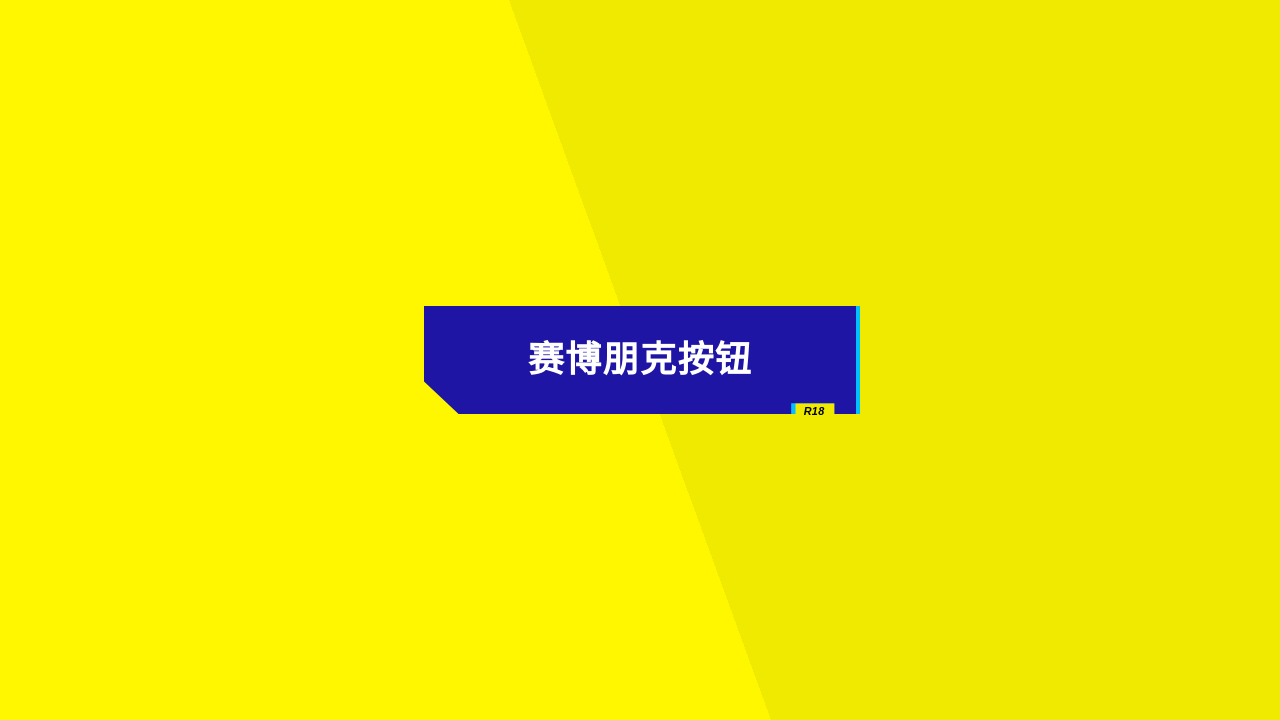
Repository: chjyume/zhongyi
Page: test2.html
The author's editor kept a copy of each file at every save. The page is drawn from the files as they stood at one save, then again after the next save.
The browser window is 1280 px wide. The pictures show the whole page.

Above is the page before, as saved 2023-06-30 09:26:39.
Not found: css/index.css

### test2.html
<!DOCTYPE html>
<html lang="zh-CN">
<head>

  <meta charset="UTF-8">
  <meta name="viewport" content="width=device-width, initial-scale=1.0, user-scalable=no">

  <title>27 - 赛博朋克按钮 (HTML+CSS)</title>

  <link rel="stylesheet" href="./css/index.css">

</head>
<style>
  * {
  /* 常规初始化 */
  margin: 0;
  padding: 0;
  box-sizing: border-box;
  /* 解决手机浏览器点击有选框的问题 */
  -webkit-tap-highlight-color: rgba(0, 0, 0, 0);
}
body {
  /* 常规居中显示 */
  display: flex;
  justify-content: center;
  align-items: center;
  overflow: hidden;

  min-height: 100vh;
  /* 简单背景颜色 */
  background: linear-gradient(70deg, #fff700 50%, #f0e900 50%);
}

.btn {
  /* 基础的裁剪区域，就是左下角缺一角，右下角缺一部分 */
  --clip-base: polygon(
    0 0,
    100% 0,
    100% 100%,
    95% 100%,
    95% 90%,
    85% 90%,
    85% 100%,
    8% 100%,
    0 70%
  );

  /* 整个按钮的宽高 */
  width: 60vmin;
  height: 15vmin;
  /* 父级的背景颜色透明，下面再设置颜色 */
  background: transparent;
  /* 普通状态下的字体颜色、大小、粗细、行高、字间距 */
  color: #fff;
  font-size: 5vmin;
  font-weight: 700;
  line-height: 15vmin;
  letter-spacing: 0.2vmin;
  /* 去除掉默认的按钮边框 */
  border: none;
  /* 鼠标小手，不让选中 */
  cursor: pointer;
  user-select: none;

  position: relative;
}

.btn::before,
.btn::after {
  content: "";

  /* 上下两层除了颜色和位移不一致，其他都一样 */
  inset: 0;
  /* 使用基础默认的裁剪区域 */
  clip-path: var(--clip-base);

  /* 定位叠起来 */
  position: absolute;
  /* 显示层级要比父元素本身低，不然文字就出不来 */
  z-index: -1;
}
.btn::before {
  /* 最底下的青色背景 */
  background-color: #02c0ff;
  /* 向右移动一点，错开，感觉像有边框一样 */
  transform: translateX(0.6vmin);
}
.btn::after {
  /* 盖住青色的红色背景 */
  background-color: #1f15a4;
}

.btn .btn-tag {
  /* 右下角小标签的字体颜色、大小 */
  color: #000;
  /* 由于浏览器有最小字体大小的限制，所以设置一个偏大的文字 */
  font-size: 5vmin;
  /* 然后通过缩放设置想要的大小 */
  transform: scale(0.3);

  /* 定位到右下角空白处 */
  position: absolute;
  right: 1.5%;
  bottom: -47%;
}

.btn .btn-glitch {
  /* 都是用作动画的裁剪区域变量，可以按照自己的想法来 */
  --clip-0: polygon(0 0, 0 0, 0 0, 0 0);
  --clip-1: polygon(0 2%, 100% 2%, 100% 5%, 0 5%);
  --clip-2: polygon(
    0 80%,
    100% 80%,
    100% 100%,
    95% 100%,
    95% 90%,
    85% 90%,
    85% 100%,
    5% 100%,
    0 80%
  );
  --clip-3: polygon(0 54%, 100% 54%, 100% 44%, 0 44%);
  --clip-4: polygon(0 60%, 100% 60%, 100% 40%, 0 40%);
  --clip-5: polygon(0 40%, 100% 40%, 100% 85%, 4% 85%, 0 70%);
  --clip-6: polygon(0 63%, 100% 63%, 100% 80%, 3% 80%, 0 70%);
  --clip-7: polygon(0 10%, 100% 10%, 100% 0, 0 0);

  /* 默认隐藏故障的一层 */
  display: none;

  /* 显示故障的一层，稍微撑开一点距离，感觉大一点，再给个背景颜色 */
  inset: -0.5vmin;
  background-color: #02c0ff;
  /* 文字的左上角和右下角分别设置两个阴影，有一种重叠文字的效果 */
  text-shadow: -0.2vmin -0.2vmin #02c0ff, 0.2vmin 0.2vmin #fff700;

  /* 使用基础的显示区域 */
  clip-path: var(--clip-base);

  /* 定位叠中间 */
  position: absolute;
  /* 故障风格的动画 */
  animation: animate 2s infinite alternate;
}
.btn .btn-glitch::before {
  content: "";

  /* 显示故障层的红色区域，比青色的小一圈，然后盖住青色层 */
  inset: 0.2vmin 0.8vmin 0.6vmin 0.5vmin;
  background-color: #1f15a4;

  /* 叠起来盖住 */
  position: absolute;
  /* 要比文字层级低，不然字就没了 */
  z-index: -1;
}
.btn:hover .btn-glitch {
  /* 鼠标放上去就显示故障层 */
  display: block;
}

/*
  动画就是简单的显示不同的裁剪区域
  然后时不时的左右移动一下
  配合上面的故障风格的文字和大小缩放
  最后设计好动画的时间和步骤
*/
@keyframes animate {
  0% {
    clip-path: var(--clip-1);
  }
  2% {
    clip-path: var(--clip-2);
    transform: translate(-1vmin);
  }
  6% {
    clip-path: var(--clip-2);
    transform: translate(1vmin);
  }
  8% {
    clip-path: var(--clip-2);
    transform: translate(-1vmin);
  }
  9% {
    clip-path: var(--clip-2);
  }
  10% {
    clip-path: var(--clip-3);
    transform: translate(1vmin);
  }
  13% {
    clip-path: var(--clip-3);
  }
  13.1% {
    clip-path: var(--clip-0);
    transform: translate(1vmin);
  }
  15% {
    clip-path: var(--clip-4);
    transform: translate(1vmin);
  }
  20% {
    clip-path: var(--clip-4);
    transform: translate(-1vmin);
  }
  20.1% {
    clip-path: var(--clip-0);
    transform: translate(1vmin);
  }
  25% {
    clip-path: var(--clip-5);
    transform: translate(1vmin);
  }
  30% {
    clip-path: var(--clip-5);
    transform: translate(-1vmin);
  }
  30.1% {
    clip-path: var(--clip-0);
  }
  35% {
    clip-path: var(--clip-6);
    transform: translate(-1vmin);
  }
  40% {
    clip-path: var(--clip-6);
    transform: translate(1vmin);
  }
  45% {
    clip-path: var(--clip-6);
    transform: translate(-1vmin);
  }
  50% {
    clip-path: var(--clip-6);
  }
  55% {
    clip-path: var(--clip-7);
    transform: translate(1vmin);
  }
  60% {
    clip-path: var(--clip-7);
  }
  60.1% {
    clip-path: var(--clip-0);
  }
  65% {
    clip-path: var(--clip-5);
    transform: translate(-1vmin);
  }
  68% {
    clip-path: var(--clip-5);
    transform: translate(1vmin);
  }
  80% {
    clip-path: var(--clip-0);
  }
  100% {
    clip-path: var(--clip-0);
  }
}
</style>
<body>

  <button class="btn">
    <span>赛博朋克按钮</span>
    <span class="btn-glitch">赛博朋克按钮</span>

    <i class="btn-tag">R18</i>
  </button>

</body>

</html>

After the next save:
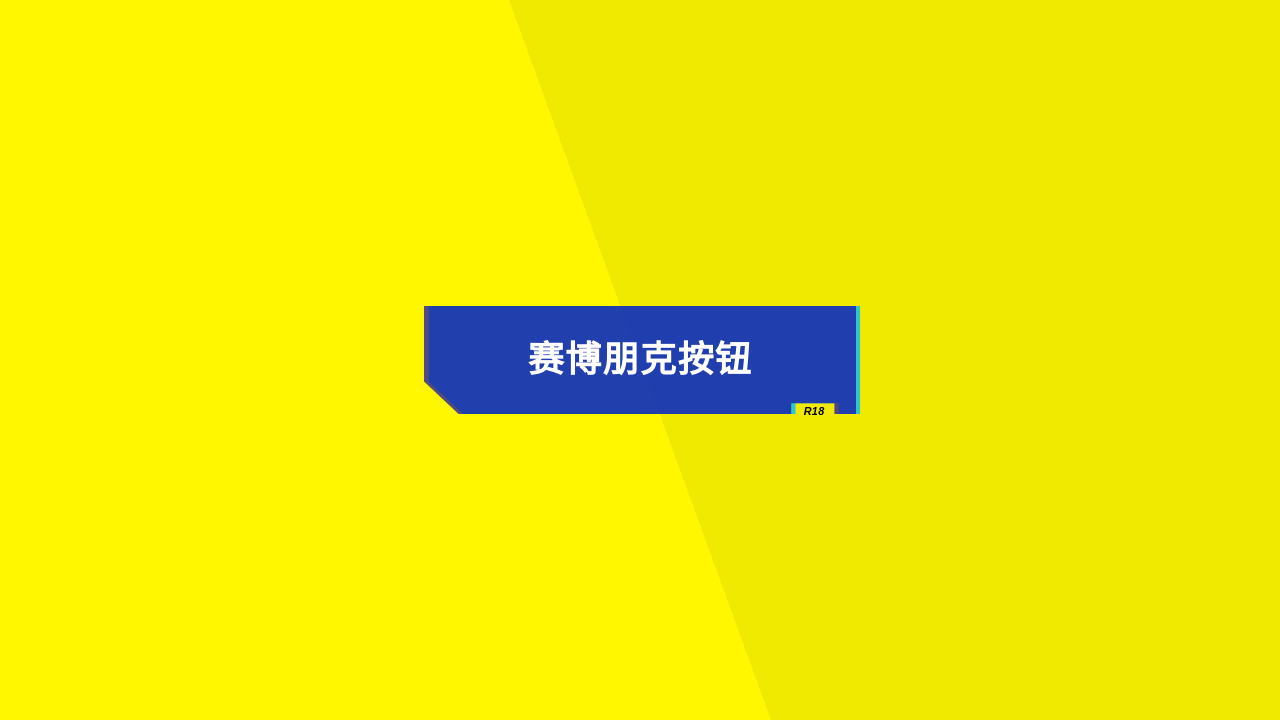
Saved 56 s later.
--- a/test2.html
+++ b/test2.html
@@ -81,13 +81,13 @@ body {
 }
 .btn::before {
   /* 最底下的青色背景 */
-  background-color: #02c0ff;
+  background-color: #02c0ffd1;
   /* 向右移动一点，错开，感觉像有边框一样 */
   transform: translateX(0.6vmin);
 }
 .btn::after {
   /* 盖住青色的红色背景 */
-  background-color: #1f15a4;
+  background-color: #1f15a4c2;
 }
 
 .btn .btn-tag {
@@ -130,9 +130,9 @@ body {
 
   /* 显示故障的一层，稍微撑开一点距离，感觉大一点，再给个背景颜色 */
   inset: -0.5vmin;
-  background-color: #02c0ff;
+  background-color: #02c0ffd1;
   /* 文字的左上角和右下角分别设置两个阴影，有一种重叠文字的效果 */
-  text-shadow: -0.2vmin -0.2vmin #02c0ff, 0.2vmin 0.2vmin #fff700;
+  text-shadow: -0.2vmin -0.2vmin #02c0ffd1, 0.2vmin 0.2vmin #fff700;
 
   /* 使用基础的显示区域 */
   clip-path: var(--clip-base);
